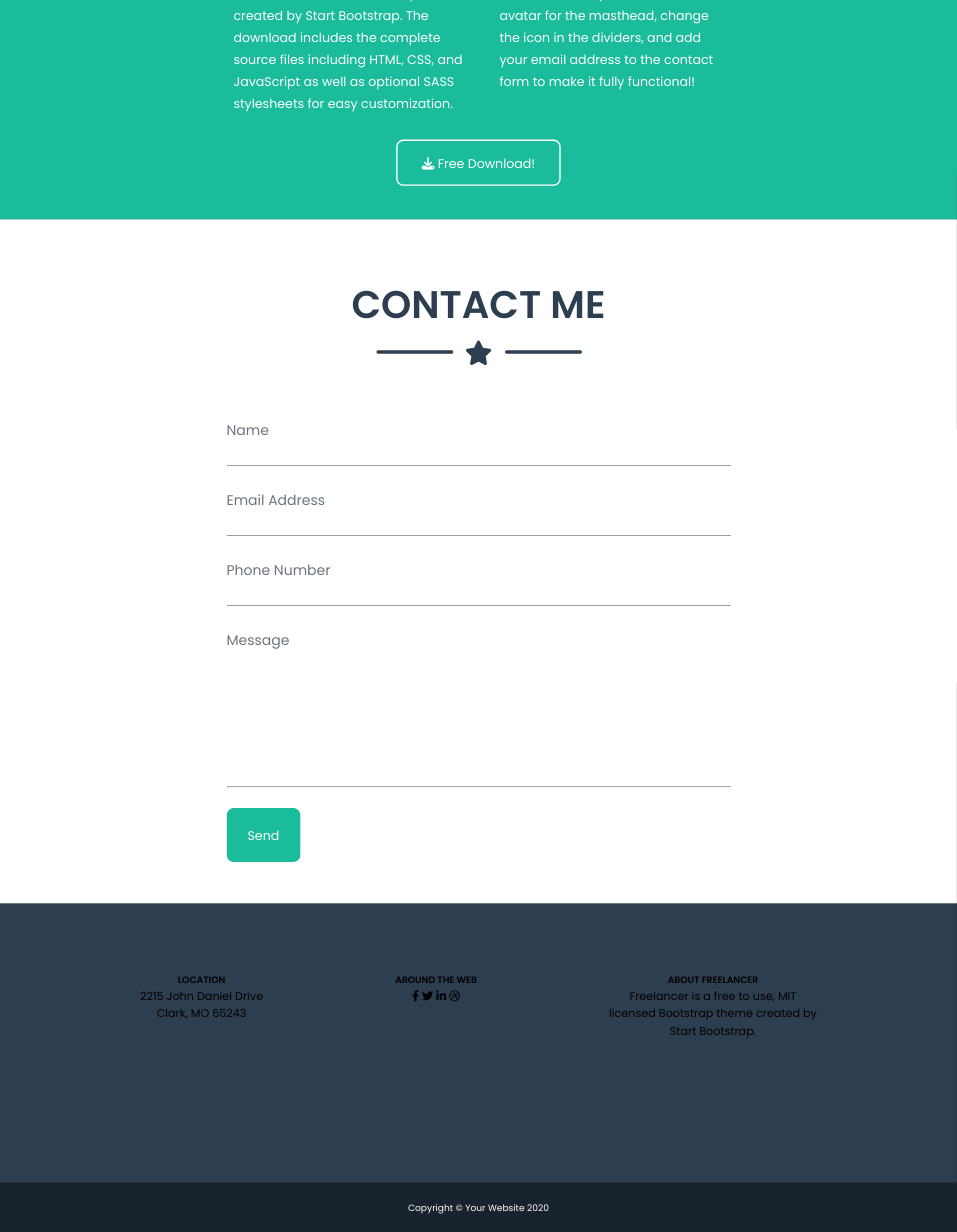
Repository: sSoRaK/web-cut-by-figma_train
Page: bai02/index.html
An editor plug-in stored every save of this project. The page is shown before and after the next save, followed by the edit.
The browser window is 1280 px wide. The page is 1367 px wide, so the pictures cover 1367 px, including what lies to the right of the window. The pictures show the part of the page from y = 1929 to 3689 px (the page is 3689 px tall), at 70% of full size.

Above is the page before, as saved 2023-06-02 15:25:19.

After the next save:
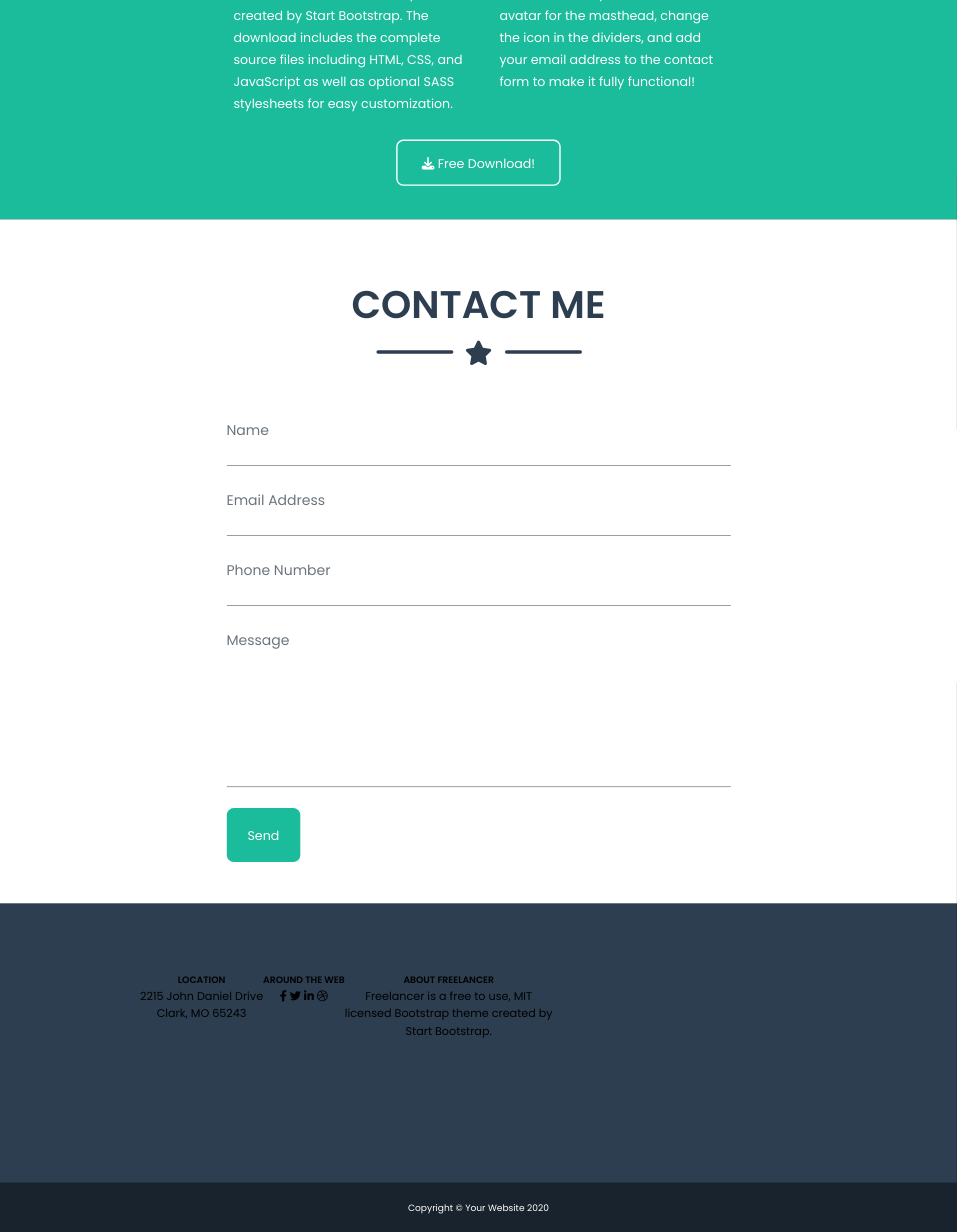
Saved 24 s later.
--- a/bai02/style.css
+++ b/bai02/style.css
@@ -229,10 +229,9 @@
 }
 .wrapper {
   display: flex;
-  justify-content: space-between;
+  /* justify-content: space-between; */
   margin: 100px 200px 85px 200px;
   height: 155px;
-  /* row-gap: 45px; */
   text-align: center;
 }
 

After the save that followed:
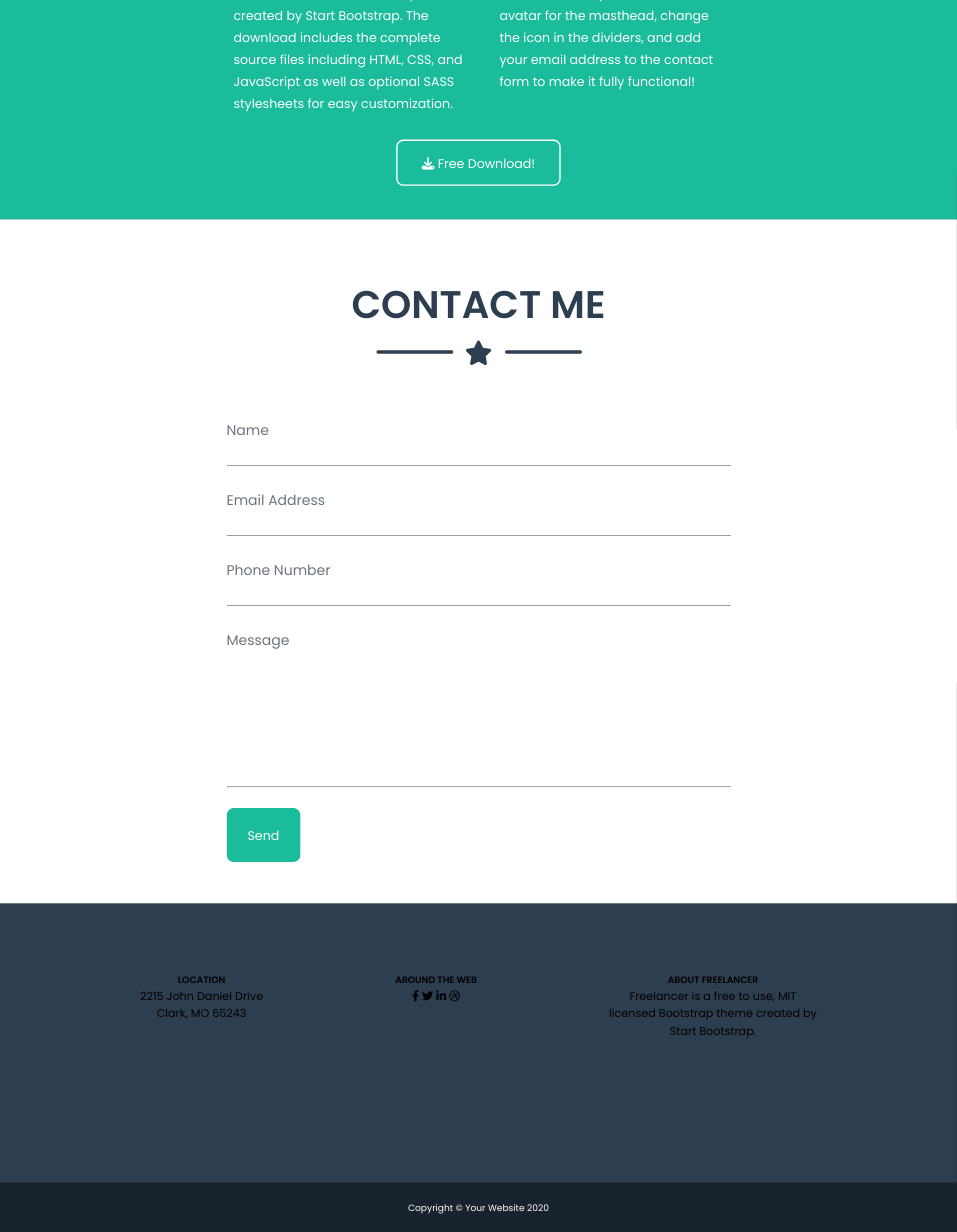
Saved 4 s later.
--- a/bai02/style.css
+++ b/bai02/style.css
@@ -229,7 +229,7 @@
 }
 .wrapper {
   display: flex;
-  /* justify-content: space-between; */
+  justify-content: space-between;
   margin: 100px 200px 85px 200px;
   height: 155px;
   text-align: center;
